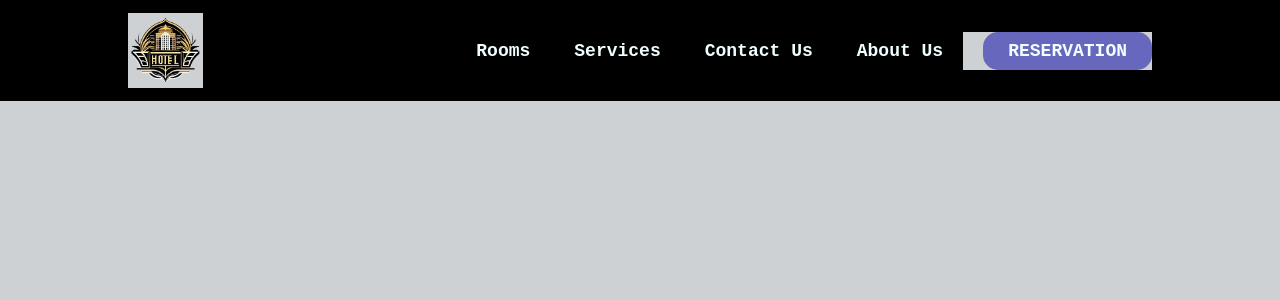
Repository: DhananjayaLakshan/Uom-Web_Design_For_Beginners
Page: Final Assignment/index.html
An editor plug-in stored every save of this project. The page is shown before and after the next save, followed by the edit.
The browser window is 1280 px wide. The pictures show the whole page.

Above is the page before, as saved 2023-11-29 14:05:55.

### Final Assignment/index.html
<!DOCTYPE html>
<html lang="en">
<head>
    <meta charset="UTF-8">
    <meta name="viewport" content="width=device-width, initial-scale=1.0">
    <title>Ceylon Hotel</title>

    <link rel="stylesheet" href="style.css">
    <script src="script.js"></script>
</head>
<body>

    <header>
        <img class="logo" src="img/logo.png" alt="logo">

        <nav>
            <ul class="navBar">
                <li>
                    <a href="#"> Rooms</a>
                </li>

                <li>
                    <a href="#"> Services</a>
                </li>

                <li>
                    <a href="#"> Contact Us</a>
                </li>

                <li>
                    <a href="#"> About Us</a>
                </li>
            </ul>
        </nav>

        <a class="button" href="#"> <button>RESERVATION</button> </a>
    </header>

</body>
</html>

### Final Assignment/style.css
*{
    box-sizing: border-box;
    padding: 0;
    margin: 0;
    background-color: rgb(206, 209, 211);
}

li,a, button{
    font-family: 'Courier New', Courier, monospace;
    font-weight: 600;
    font-size: 18px;
    text-decoration: none;
    color: azure;
}

header{
    display: flex;
    justify-content: flex-end;
    align-items: center;
    padding: 13px 10%;
    background-color:black;

}

.logo{
    width: 75px;
    height: 75px;
    cursor: pointer;
    margin-right: auto;
}

.navBar{
    list-style: none;
    background-color: black;
}

.navBar li{
    display: inline-block;
    padding: 0px 20px;
    background-color:black;
}

.navBar li a {
    transition: all 0.3s ease 0s;
    background-color:black;
}

.navBar li a:hover{
    color: red;
}

button{
    padding: 9px 25px;
    background-color:rgb(103, 103, 189);
    border: none;
    border-radius: 15px;
    cursor:pointer;
    transition: all 0.3s ease 0s;
    margin-left: 20px;
}

button:hover{
    background-color: rgb(56, 39, 161);
}

Loaded but not shown: Final Assignment/script.js (no stored copy; drawn as an empty file)

After the next save:
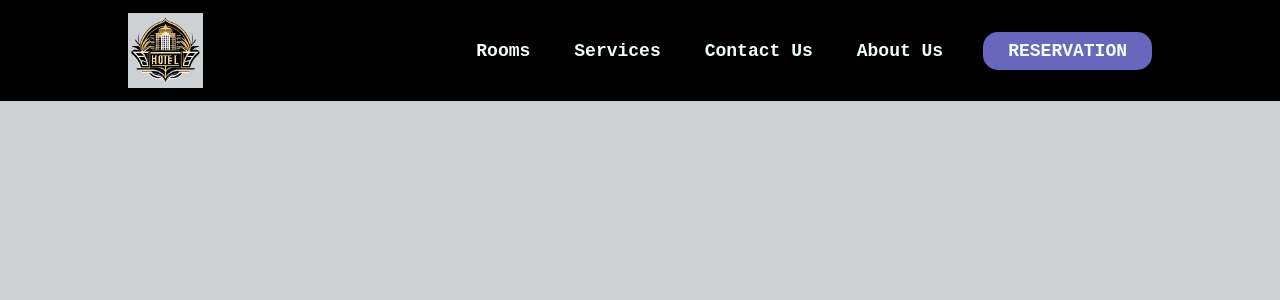
Saved 19 s later.
--- a/Final Assignment/style.css
+++ b/Final Assignment/style.css
@@ -62,3 +62,7 @@ button{
 button:hover{
     background-color: rgb(56, 39, 161);
 }
+
+.button{
+background-color:black;
+}
